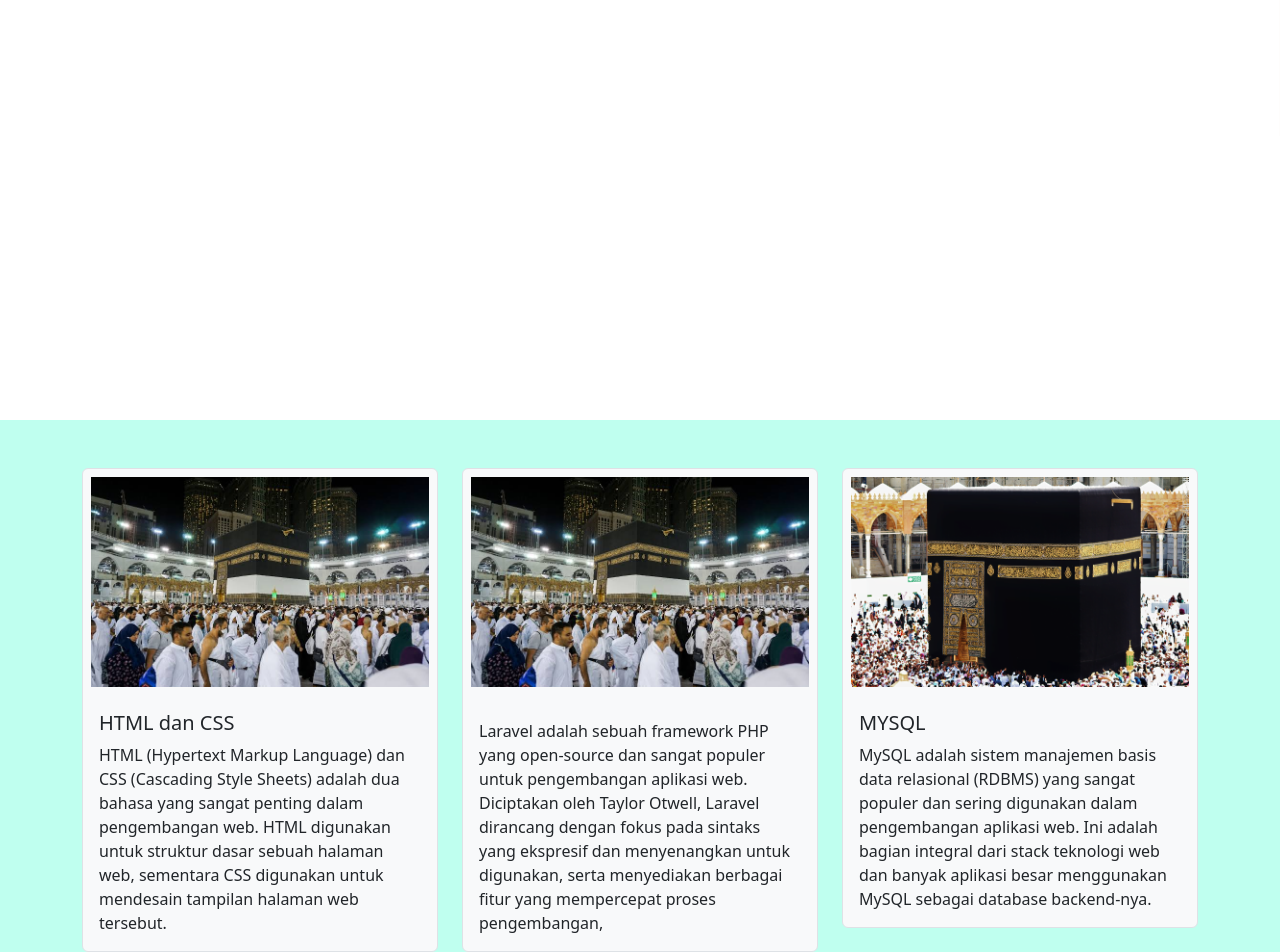
Repository: Putrabobi/Task7
Page: index.html
An editor plug-in stored every save of this project. The page is shown before and after a run of saves, followed by the edit.
The browser window is 1280 px wide. The pictures show the part of the page from y = 2053 to 3005 px (the page is 3005 px tall before and 2961 px after).
A picture or video elsewhere on the page could not be fetched, so the positions and the page height are approximate.

Above is the page before, as saved 2024-03-25 14:01:56.

### index.html
<!DOCTYPE html>
<html lang="en">

<head>
    <meta charset="UTF-8">
    <meta name="viewport" content="width=device-width, initial-scale=1.0">
    <title>Haji & Umroh</title>
    <link href="https://cdn.jsdelivr.net/npm/bootstrap@5.3.3/dist/css/bootstrap.min.css" rel="stylesheet"
        integrity="sha384-QWTKZyjpPEjISv5WaRU9OFeRpok6YctnYmDr5pNlyT2bRjXh0JMhjY6hW+ALEwIH" crossorigin="anonymous">
</head>

<body>

    <!-- Navbar -->
    <nav class="navbar navbar-expand-lg  bg-body-tertiary mb-4">
        <div class="container-fluid">
            <a class="navbar-brand" href="#">
                <span style="color: darkgreen;" class="fw-bold">Uda</span>
                <span style="color: olive;" class="fw-bold">Tour</span>
            </a>

            <button class="navbar-toggler" type="button" data-bs-toggle="collapse"
                data-bs-target="#navbarSupportedContent" aria-controls="navbarSupportedContent" aria-expanded="false"
                aria-label="Toggle navigation">
                <span class="navbar-toggler-icon"></span>
            </button>
            <div class="collapse navbar-collapse" id="navbarSupportedContent">
                <ul class="navbar-nav me-auto mb-2 mb-lg-0 mx-auto">
                    <li class="nav-item" style="margin-right: 30px;">
                        <a class="nav-link active" aria-current="page" href="#"
                            style="border-bottom: 4px solid #00570f; color: #000000;">Home</a>
                    </li>
                    <li class="nav-item" style="margin-right: 30px;">
                        <a class="nav-link" href="#" style="color: #000;">Haji</a>
                    </li>
                    <li class="nav-item" style="margin-right: 30px;">
                        <a class="nav-link disabled" style="color: #000;">Umroh</a>
                    </li>
                    <li class="nav-item" style="margin-right: 30px;">
                        <a class="nav-link disabled" style="color: #000;">Blog</a>
                    </li>
                    <li class="nav-item" style="margin-right: 30px;">
                        <a class="nav-link disabled" style="color: #000;">Gallery</a>
                    </li>
                </ul>
                <button class="btn btn-outline-dark" type="submit">Register</button>
            </div>

        </div>
    </nav>

    <!-- Background -->

    <div class="position-relative text-center mb-5">
        <img src="images/mekkah.jpg" style="filter: brightness(50%);" alt="Mekkah" width="100%">
        <h1 class="position-absolute top-0 start-50 translate-middle-x text-light" style="margin-top: 5%;">Take you on a holy journey</h1>
        <h5 class="position-absolute top-0 start-50 translate-middle-x text-light" style="margin-top: 45%;">Find the best Hajj travel package that suits your needs. Enjoy a worship experience guided by a professional and experienced team.</h5>
        <button type="button" style="position: absolute; bottom: 20px; left: 50%; transform: translateX(-50%); background-color: green; color: white; padding: 10px 50px; border: none; border-radius: 100px; cursor: pointer;">Explore</button>
    </div>

    <!-- Maskapai -->

    <div style="text-align: center;">
        <h1>Our Partner</h1>
        <img src="images/maskapai1.png" alt="maskapai1" style="width: 350px;">
        <img src="images/maskapai2.png" alt="maskapai2" style="width: 350px;">
        <img src="images/maskapai3.png" alt="maskapai3" style="width: 350px;">
        <img src="images/maskapai4.png" alt="maskapai4" style="width: 350px;">
    </div>

    <div>
        <svg xmlns="http://www.w3.org/2000/svg" viewBox="0 0 1440 320">
            <path fill="#8f6b00" fill-opacity="1" d="M0,64L120,96C240,128,480,192,720,192C960,192,1200,128,1320,96L1440,64L1440,320L1320,320C1200,320,960,320,720,320C480,320,240,320,120,320L0,320Z"></path>>
        </svg>
    </div>
    <div style="background-color: #8f6b00; position: relative;" class="text-white">
        <div class="container d-flex justify-content-center align-items-center">
          <div class="row">
            <div class=" text-center">
              <h3 class="fw-bold pb-3">Hajj and Umrah Program</h3>
              <h5 class="py-3 mb-3" style="width: 50%; margin: 0 auto;">Find complete and well-organized Hajj and Umrah
                programs. Get a package that meets your needs for a meaningful spiritual journey.</h5>
              <button class="btn text-light padding: 10px 50px rounded-5 px-5 py-2 shadow"
                style="background-color: #00730c;">Explore</button>
            </div>
            <div class="">
              <img src="img/kabah_only.png" alt="" width="20%"
                style="position: absolute; left: 25; top: 50%; transform: translateY(-50%);">
            </div>
          </div>
        </div>
        <svg xmlns="http://www.w3.org/2000/svg" viewBox="0 0 1440 320">
          <path fill="#ffffff" fill-opacity="1"
            d="M0,160L120,138.7C240,117,480,75,720,74.7C960,75,1200,117,1320,138.7L1440,160L1440,320L1320,320C1200,320,960,320,720,320C480,320,240,320,120,320L0,320Z">
          </path>
        </svg>
      </div>

      <div class="">
        <img src="images/mekkah4.png" alt="" width="20%" style="position: absolute; left: 5%; top: 250%;  transform: translateY(-50%);">
    </div>

    </div>
  </div>
  <svg xmlns="http://www.w3.org/2000/svg" viewBox="0 0 1440 320">
    <path fill="#ffffff" fill-opacity="1"
      d="M0,160L120,138.7C240,117,480,75,720,74.7C960,75,1200,117,1320,138.7L1440,160L1440,320L1320,320C1200,320,960,320,720,320C480,320,240,320,120,320L0,320Z">
    </path>
  </svg>
</div>
</div>

<section class="pt-5" style="background-color: rgb(191, 255, 239);">
    <div class="container">
      <div class="row">
        <di class="col-md">
          <div class="card bg-light text-dark border ">
            <img src="images/mekkah1.jpeg" class="p-2 card-img-top" alt="...">
            <div class="card-body">
              <h5 class="card-title">HTML dan CSS</h5>
              <p class="card-text"> HTML (Hypertext Markup Language) dan CSS (Cascading Style Sheets) adalah dua
                bahasa yang sangat penting dalam pengembangan web. HTML digunakan untuk struktur dasar sebuah
                halaman web, sementara CSS digunakan untuk mendesain tampilan halaman web tersebut.</p>
            </div>
          </div>
        </di>
        <di class="col-md">
          <div class="card bg-light text-dark border ">
            <img src="images/mekkah1.jpeg" class="p-2 card-img-top" alt="...">
            <div class="card-body">
              <h5 class="card-title"></h5>
              <p class="card-text">
                Laravel adalah sebuah framework PHP yang open-source dan sangat populer untuk pengembangan aplikasi
                web. Diciptakan oleh Taylor Otwell, Laravel dirancang dengan fokus pada sintaks yang ekspresif dan
                menyenangkan untuk digunakan, serta menyediakan berbagai fitur yang mempercepat proses pengembangan,
              </p>
            </div>
          </div>
        </di>
        <di class="col-md">
          <div class="card  bg-light text-dark border">
            <img src="images/mekkah2.png" class="p-2 card-img-top" alt="...">
            <div class="card-body">
              <h5 class="card-title">MYSQL</h5>
              <p class="card-text">
                MySQL adalah sistem manajemen basis data relasional (RDBMS) yang sangat populer dan sering digunakan
                dalam pengembangan aplikasi web. Ini adalah bagian integral dari stack teknologi web dan banyak
                aplikasi besar menggunakan MySQL sebagai database backend-nya.</p>
            </div>
          </div>
        </di>

      </div>
    </div>
  </section>

<!-- <div class="my-5" style="background-color: rgb(191, 255, 239); text-align: center;">
    <div style="margin: 0 auto; max-width: 600px;">
        <h3>Hajj and Umrah Special Offers</h3>
        <h4>We work with trusted and experienced organizers to provide quality Hajj and Umrah travel packages.</h4>
    </div>
    <div class="my-5 mx-5 px-5 pb-5 justify-content-center">
        <div class="card-group mx-5 pb-5">
            <div class="card mx-2 border-0" style="width: 20rem; background-color: rgb(191, 255, 239);">
                <img src="images/mekkah1.jpeg" class="card-img-top" alt="mekkah1" style="max-width: 100%;">
                <div class="card-body ps-0">
                    <p class="card-text" style="color: #937009;">Classic</p>
                    <h5 class="card-title mt-2 fw-bold">Regular Umrah</h5>
                    <p class="card-text">Package Duration 20 days</p>
                    <button class="border-0 mt-2 text-light rounded-4 px-4 py-3" style="background-color: #00730c;"><span
                        class="m-2">Detail</span></button>
                  </div>
            </div>
        </div>
    </div>
</div> -->










</body>

</html>

After the next 2 saves:
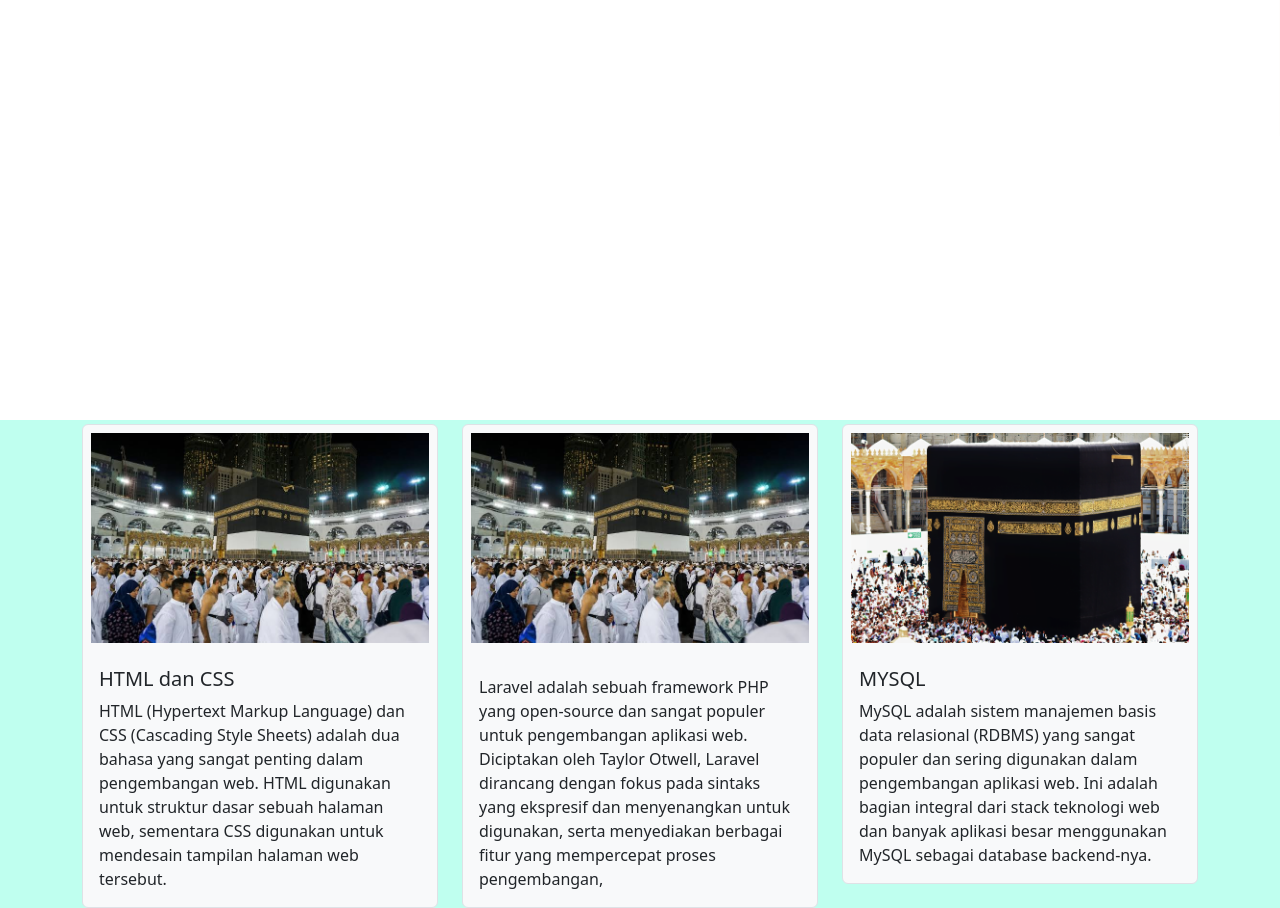
The 2 saves are shown as one change because they came seconds apart.
The last was saved 12 s later.
--- a/index.html
+++ b/index.html
@@ -110,7 +110,7 @@
 </div>
 </div>
 
-<section class="pt-5" style="background-color: rgb(191, 255, 239);">
+<section class="pt-1" style="background-color: rgb(191, 255, 239);">
     <div class="container">
       <div class="row">
         <di class="col-md">
